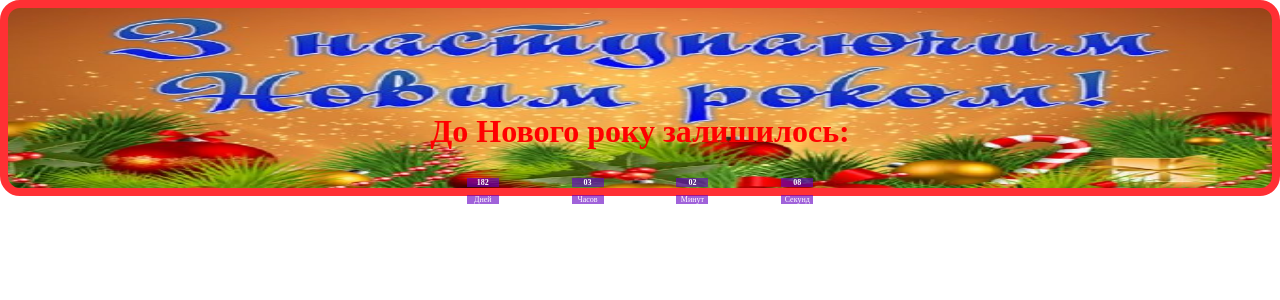
Repository: KonstantinKhamilov/JavaScript11-new-year
Page: index.html
The author's editor kept a copy of each file at every save. The page is drawn from the files as they stood at one save, then again after the next save.
The browser window is 1280 px wide. The pictures show the whole page.

Above is the page before, as saved 2024-12-29 18:50:35.

After the next save:
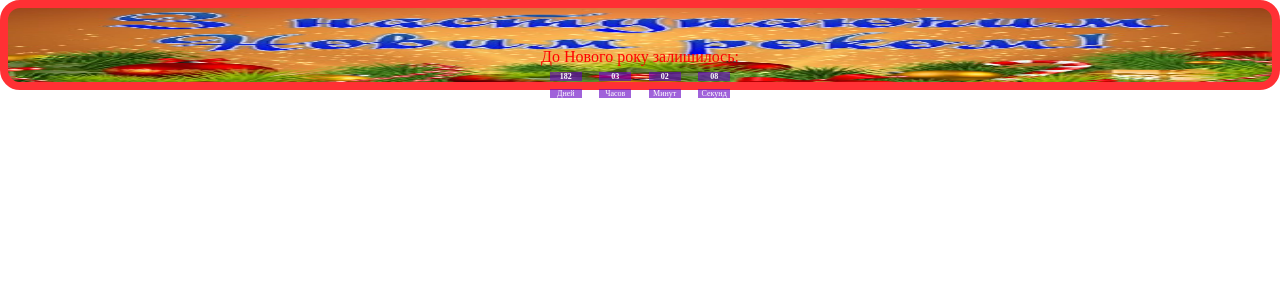
Saved 10 s later.
--- a/index.html
+++ b/index.html
@@ -67,7 +67,7 @@
 -->
 <div class="box">
   <ol>
-    <li class="text"><h1>До Нового року залишилось:</h1></li>
+    <li class="text">До Нового року залишилось:</li>
     <li class="count">
       <div class="timer"><h2 id="day">00</h2><p>Дней</p></div>
       <div class="timer"><h2 id="hrs">00</h2><p>Часов</p></div>
